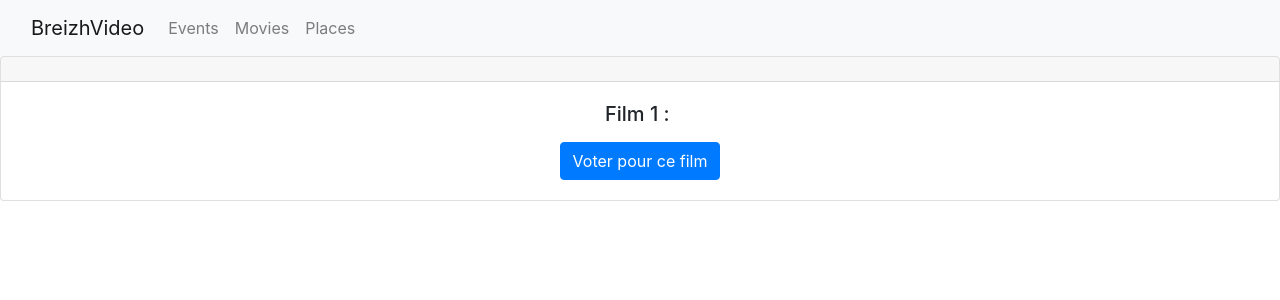
Repository: romgrm/Hackaton_BreizhVideo_FRONT
Page: /Events
The author's editor kept a copy of each file at every save. The page is drawn from the files as they stood at one save, then again after the next save.
The browser window is 1280 px wide. The pictures show the whole page.
The page's requests for data from a server got no answer. Some web libraries are served in a nearby version. The project was rebuilt for these pictures with package versions that can differ from the ones it lists, and the page was loaded fresh each time. No one was signed in, and anything a server would have sent is missing. Also part of the build but not shown: src/Components/Films.js, src/Components/Village.js.

Above is the page before, as saved 2020-12-21 20:16:47.

After the next save:
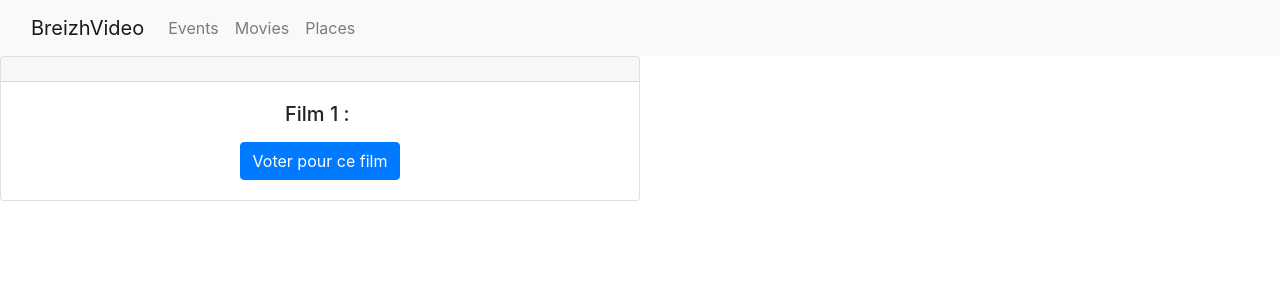
Saved 4 s later.
--- a/src/Components/Events.js
+++ b/src/Components/Events.js
@@ -18,7 +18,7 @@ export default function Events() {
     }, []);
 
     return (
-        <div class="card text-center ">
+        <div class="card text-center w-50">
             <div class="card-header">
                 {event.map((current) => (
                     <h1 key={current.id}> Passage à {current.representations.village.name}, le {current.representations.release_date}</h1>
